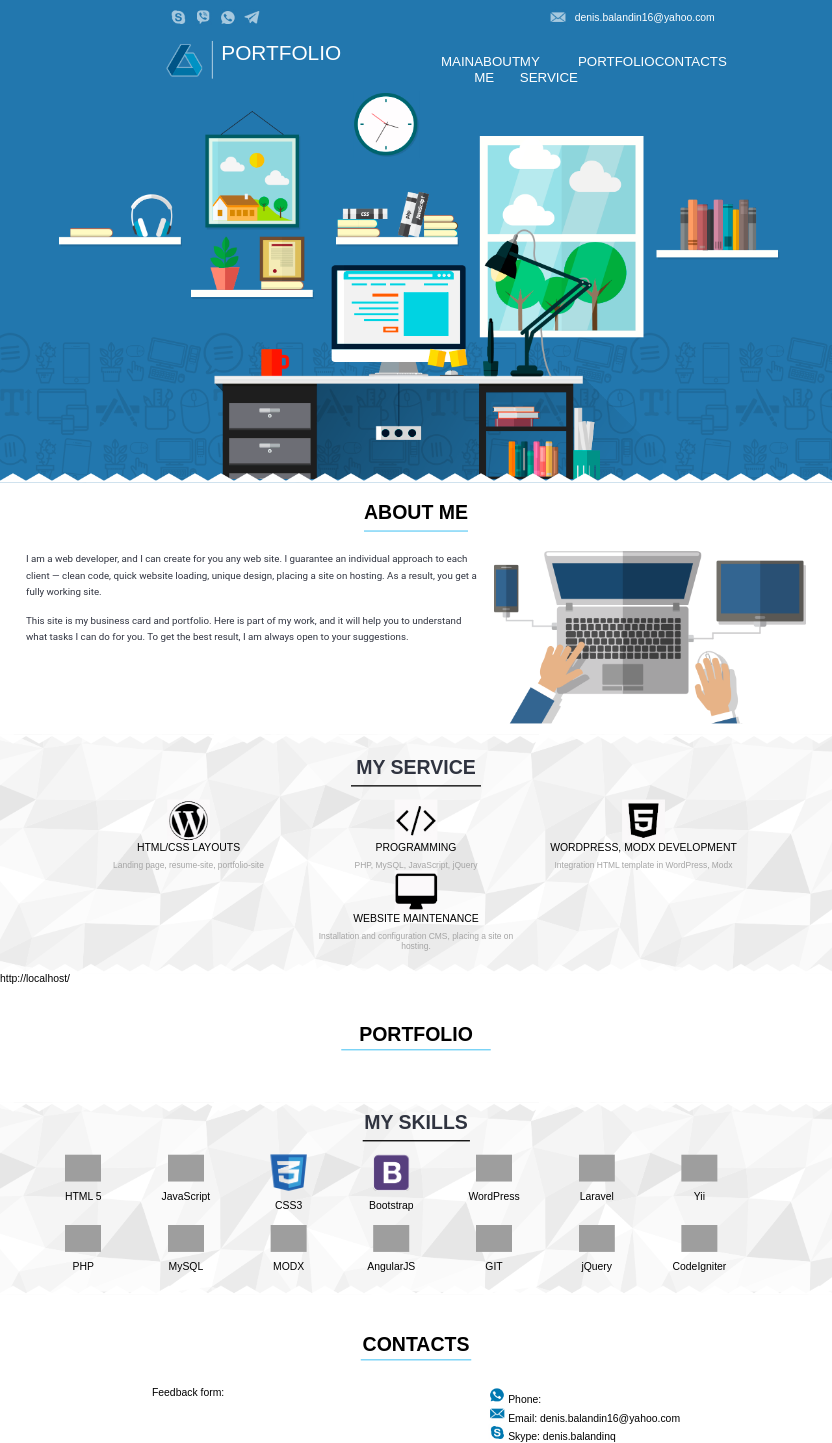
Repository: DenisBalandin/Portfolio
Page: /
An editor plug-in stored every save of this project. The page is shown before and after the next save, followed by the edit.
The browser window is 1280 px wide. The pictures show the whole page, at 65% of full size.
Pictures or frames that could not be fetched are drawn as grey boxes. The page's requests for data from a server got no answer. The project was rebuilt for these pictures with package versions that can differ from the ones it lists, and the page was loaded fresh each time. No one was signed in, and anything a server would have sent is missing. Also part of the build but not shown: src/ItemPage.js.

Above is the page before, as saved 2020-03-06 19:06:23.

After the next save:
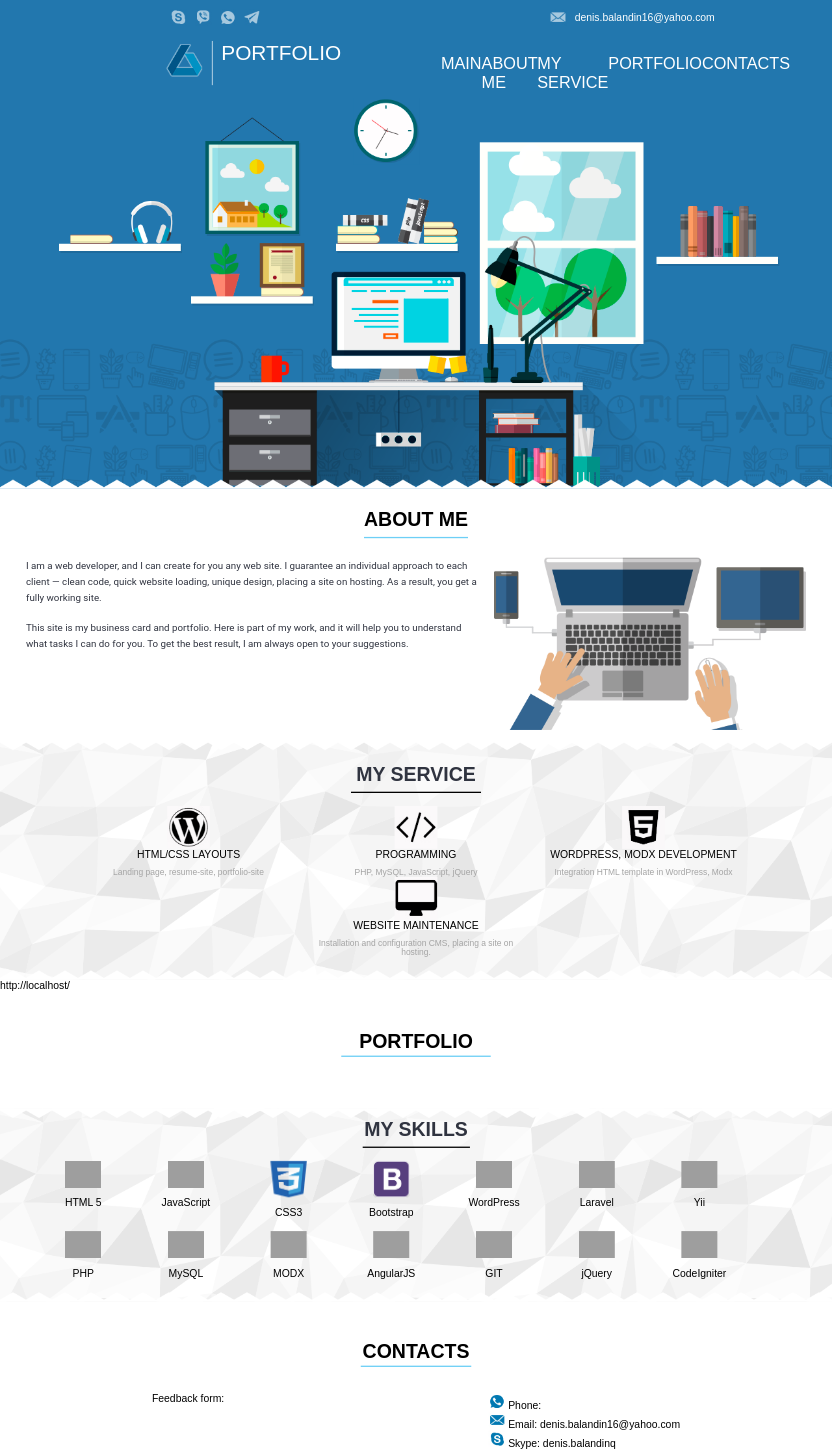
Saved 15 s later.
--- a/src/style.scss
+++ b/src/style.scss
@@ -60,7 +60,7 @@
                 width: 45%;
                 display: flex;
                 justify-content: space-between;
-                font-size: 1.6vw;
+                font-size: 25px;
             }
 
 
